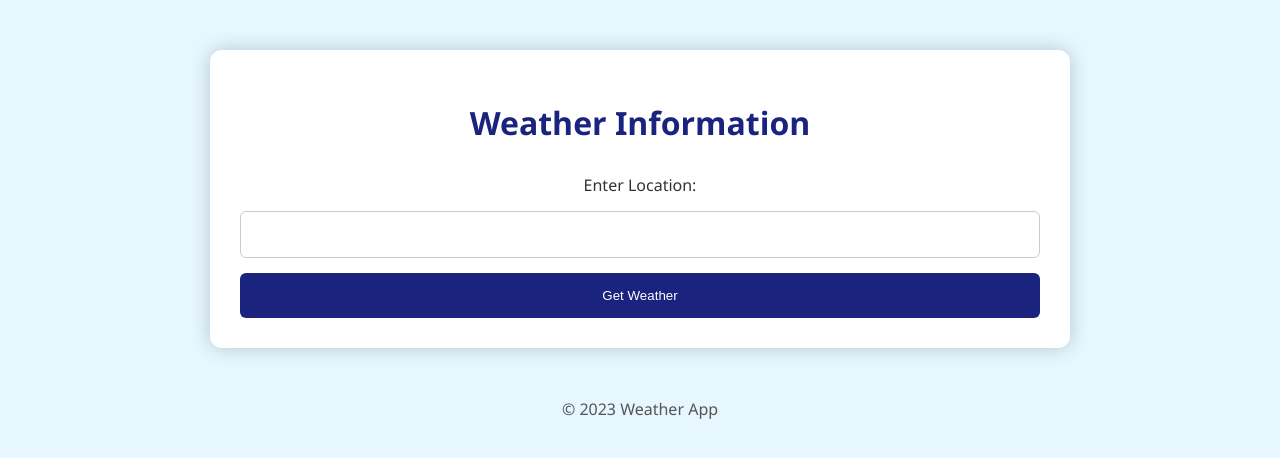
Repository: muke2110/weather
Page: http://localhost/
An editor plug-in stored every save of this project. The page is shown before and after the next save, followed by the edit.
The browser window is 1280 px wide. The pictures show the whole page.
The page is served by the project's Node server (app.js).

Above is the page before, as saved 2023-12-08 19:30:51.

### views/index.ejs
<!DOCTYPE html>
<html lang="en">
<head>
  <meta charset="UTF-8">
  <meta name="viewport" content="width=device-width, initial-scale=1.0">
  <title>Weather Information</title>
  <link rel="stylesheet" href="/styles.css">

</head>
<body>
  <div class="container">
    <h1>Weather Information</h1>

    <form action="/location" method="post">
      <label for="locationInput">Enter Location:</label>
      <input type="text" id="locationInput" name="location" required>
      <button type="submit">Get Weather</button>
    </form>

    <% if (error) { %>
      <p class="error-message">Error: <%= error %></p>
    <% } else if (location) { %>
      <div id="weatherResult">
        <img src= <%= png %>>
        <p>Location: <%= place.name %></p>
        <p>Temperature: <%= location.temp_c %>°C</p>
        <p>Condition: <%= location.condition.text %></p>
      </div>
    <% } %>
  </div>
  <footer>
    <!-- Your footer content goes here -->
    <p>&copy; 2023 Weather App</p>
  </footer>
</body>
<script>
  if (performance.navigation.type === 1) {
    // Redirect to the home page
    window.location.href = "/";
  }
</script>
</html>

### app.js
const axios = require('axios');
const express = require('express');
const app = express();
const port = 3000;

app.use(express.json());
app.use(express.urlencoded({ extended: true }));
// Add this line after app initialization
app.use(express.static('public'));


app.set('view engine', 'ejs');

app.get('/', (req, res) => {
  res.render('index', { error: null, location: null });
});

app.post('/location', async (req, res) => {
  const { location } = req.body;

  if (!location) {
    return res.render('index', { error: 'Location is required in the request body', location: null });
  }

  const apiUrl = `https://api.weatherapi.com/v1/current.json?key=c3961c028a3640cfad7132456230212&q=${location}&aqi=yes`;

  try {
    const response = await axios.get(apiUrl);
    const data = response.data;

    console.log(`Location : ${data.location.name}\nCondition : ${data.current.condition.text}\nTemperature : ${data.current.temp_c}`);
    // Render the EJS file with the weather information
    res.render('index', { error: null, location: data.current ,place: data.location, png:data.current.condition.icon});
  } catch (error) {
    console.error('Error fetching data:', error);
    res.render('index', { error: 'Internal Server Error', location: null });
  }
});

app.listen(port, () => {
  console.log(`Server is running on port ${port}`);
});

### public/styles.css
/* styles.css */

body {
    font-family: 'Segoe UI', Tahoma, Geneva, Verdana, sans-serif; /* Changed font-family */
    margin: 0;
    padding: 0;
    background-color: #e6f7ff; /* Light blue background */
}

.container {
    max-width: 800px; /* Increased max-width for a more spacious feel */
    margin: 50px auto;
    background-color: #fff;
    padding: 30px;
    border-radius: 12px; /* Rounded corners */
    box-shadow: 0 0 20px rgba(0, 0, 0, 0.2);
}

h1 {
    text-align: center;
    color: #1a237e; /* Dark blue color */
}

form {
    display: flex;
    flex-direction: column;
    align-items: center;
    margin-top: 30px; /* Increased margin-top for better spacing */
}

label {
    margin-bottom: 15px; /* Increased margin for better spacing */
    color: #333;
}

input {
    padding: 15px;
    margin-bottom: 15px;
    width: 100%;
    box-sizing: border-box;
    border: 1px solid #ccc; /* Added a subtle border */
    border-radius: 6px; /* Rounded input corners */
}

button {
    padding: 15px;
    background-color: #1a237e; /* Dark blue button color */
    color: #fff;
    border: none;
    cursor: pointer;
    transition: background-color 0.3s;
    width: 100%;
    box-sizing: border-box;
    border-radius: 6px; /* Rounded button corners */
}

button:hover {
    background-color: #0d47a1; /* Darker blue on hover */
}

#weatherResult {
    margin-top: 30px;
    padding: 30px;
    border: 1px solid #ccc;
    border-radius: 12px;
    background-color: #f0f8ff; /* Lighter blue background */
}

footer {
    text-align: center;
    margin-top: 30px;
    color: #555; /* Dark gray text color */
}

After the next save:
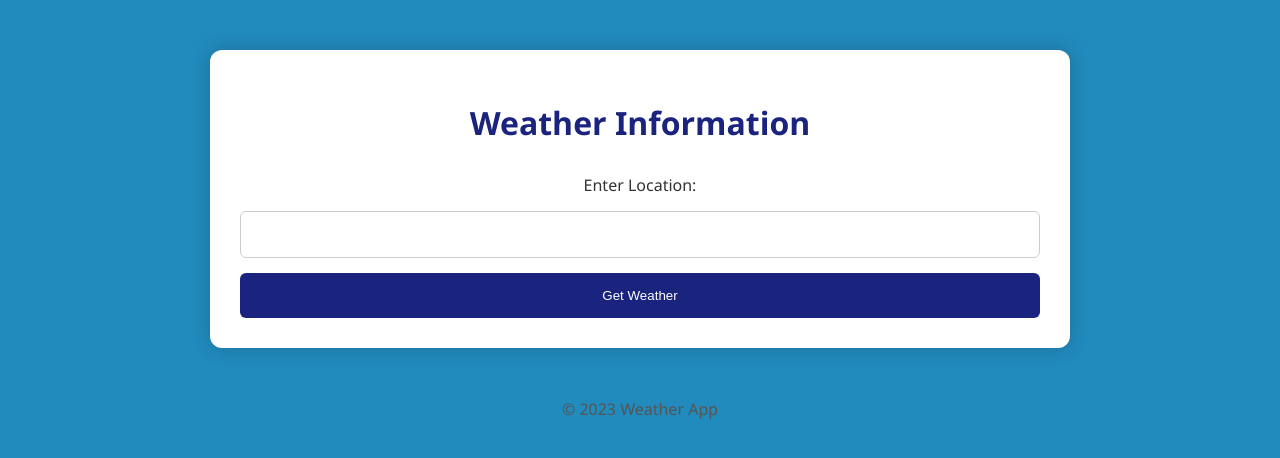
Saved 71 s later.
--- a/public/styles.css
+++ b/public/styles.css
@@ -4,7 +4,7 @@ body {
     font-family: 'Segoe UI', Tahoma, Geneva, Verdana, sans-serif; /* Changed font-family */
     margin: 0;
     padding: 0;
-    background-color: #e6f7ff; /* Light blue background */
+    background-color: #218bbd; /* Light blue background */
 }
 
 .container {
